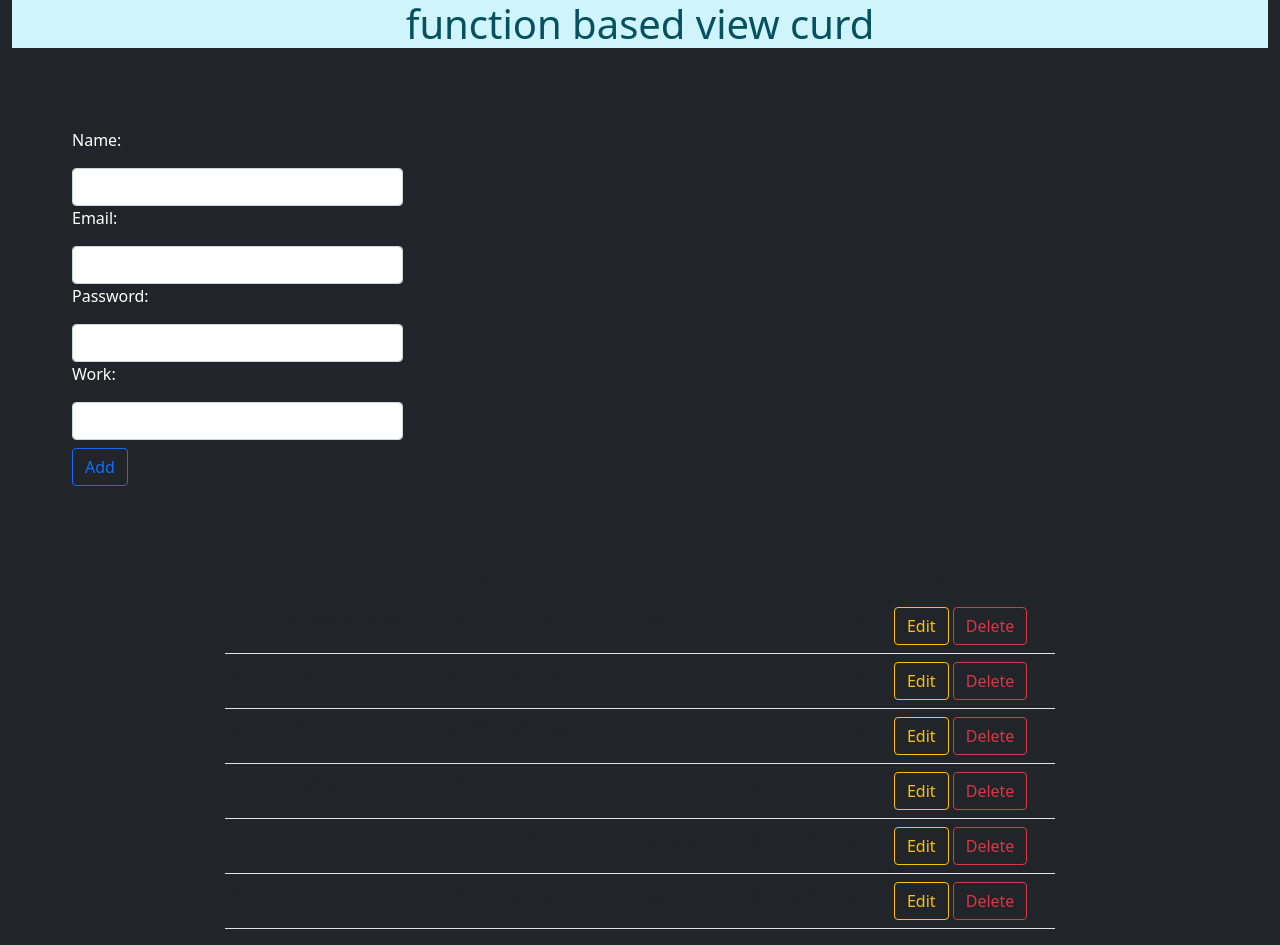
Repository: subhaDTECH/curd-function-based
Page: http://localhost/addshow/
The author's editor kept a copy of each file at every save. The page is drawn from the files as they stood at one save, then again after the next save.
The browser window is 1280 px wide. The pictures show the whole page.
The page is served by the project's application, run on Django 3.2 (manage.py). Other server files are loaded and not shown. The page reads the database file committed with the project.

Above is the page before, as saved 2022-01-17 17:33:02.

### student/templates/student/addshow.html
<!DOCTYPE html>
<html lang="en">
<head>
    <meta charset="UTF-8">
    <meta http-equiv="X-UA-Compatible" content="IE=edge">
    <meta name="viewport" content="width=device-width, initial-scale=1.0">
    <title>Document</title>
    <link href="https://cdn.jsdelivr.net/npm/bootstrap@5.0.0/dist/css/bootstrap.min.css" rel="stylesheet" integrity="sha384-wEmeIV1mKuiNpC+IOBjI7aAzPcEZeedi5yW5f2yOq55WWLwNGmvvx4Um1vskeMj0" crossorigin="anonymous">
</head>
<body>
   <div class="container-fluid bg-dark text-white">
      <h1 class=" text-center atert alert-info">function based view curd </h1>
      <div class="row">
            <div class="col-md-4 m-4 ml-4 p-5">
                       <form method="POST" novalidate >
            {% csrf_token %}
               {% if form %}
                {% for fm in form %}
                  <p>{{fm.label_tag}}</p>
                  {{fm}}
                 {{fm.error}}



                {% endfor %}
                <button class="btn btn-outline-primary mt-2">Add</button>



                  {% else %}
                  not data
               {% endif %}
            </form>

            </div>
            <div class="col-md-8 mx-auto text-white">
                <table class="table  table-hover">
  <thead>
    <tr>
      <th scope="col">Id</th>
      <th scope="col">Name</th>
      <th scope="col">Email</th>
      <th scope="col">Password</th>
      <th scope="col">work</th>
      <th scope="col">Action</th>
    </tr>
  </thead>
   <tbody>
  {% for dt in data %}


    <tr>
      <th scope="row">{{dt.id}}</th>
      <td>{{dt.name}}</td>
      <td>{{dt.email}}</td>
      <td>{{dt.password}}</td>
       <td>{{dt.work}}</td>
       <td>
         <a href="{% url 'updatedata' dt.id %}" class="btn btn-outline-warning">Edit</a>
         <form action="{% url 'deletedata' dt.id %}" method="POST" class="d-inline">
         {% csrf_token %}
         <button type="submit"  class="btn btn-outline-danger">Delete</button>
         </form>

       </td>
    </tr>



  {% endfor %}
   </tbody>

</table>

            </div>




      </div>
    </div>
    <script src="https://cdn.jsdelivr.net/npm/@popperjs/core@2.9.2/dist/umd/popper.min.js" integrity="sha384-IQsoLXl5PILFhosVNubq5LC7Qb9DXgDA9i+tQ8Zj3iwWAwPtgFTxbJ8NT4GN1R8p" crossorigin="anonymous"></script>
<script src="https://cdn.jsdelivr.net/npm/bootstrap@5.0.0/dist/js/bootstrap.min.js" integrity="sha384-lpyLfhYuitXl2zRZ5Bn2fqnhNAKOAaM/0Kr9laMspuaMiZfGmfwRNFh8HlMy49eQ" crossorigin="anonymous"></script>
</body>
</html>

### student/forms.py
from django import forms
from .models import User

class StudentForm(forms.ModelForm):
    class Meta:
        model=User
        fields=['id','name','email','password','work']
        labels={'name':"Name",'email':"Email",'password':"Password",'work':"Work"}
        widgets={
            'name':forms.TextInput(attrs={'class':'form-control'}),
            'email':forms.EmailInput(attrs={'class':'form-control'}),
            'password':forms.PasswordInput(render_value=True,attrs={'class':'form-control'}),
             'work':forms.TextInput(attrs={'class':'form-control'}),
        }

### student/models.py
from django.db import models

# Create your models here.
class User(models.Model):
    name=models.CharField(max_length=70)
    email=models.EmailField(max_length=70)
    password=models.CharField(max_length=70)
    work=models.CharField(max_length=70)

### student/views.py
from contextlib import redirect_stderr
from django.shortcuts import render,redirect
from django.http import HttpResponseRedirect
from .forms import StudentForm
from .models import User
from django.contrib import messages

# Create your views here.
def add_show(request):
    if request.method=="POST":
        fm=StudentForm(request.POST)
        if fm.is_valid():
            unm=fm.cleaned_data['name']
            uem=fm.cleaned_data['email']
            unpass=fm.cleaned_data['password']
            uwork=fm.cleaned_data['work']
            user=User(name=unm,email=uem,password=unpass,work=uwork)
            messages.success(request,"Registation successfyl!!!")
            user.save()
            fm=StudentForm()

    else:
        fm=StudentForm()
    Data=User.objects.all()
    return render(request,"student/addshow.html",{"form":fm,"data":Data})



def update_user(request,id):
    if request.method=="POST":
        pi=User.objects.get(pk=id)
        fm=StudentForm(request.POST,instance=pi)
        if fm.is_valid():
            fm.save()
            messages.success(request,"Update data")
            return redirect('/addshow')

    else:
        pi=User.objects.get(pk=id)
        fm=StudentForm(instance=pi)
    return render(request,'student/update.html',{"form":fm})

def delete_user(requset,id):
    if requset.method=="POST":
        pi=User.objects.get(pk=id)
        pi.delete()
        messages.success(requset,"data deleted successfully!")
        return HttpResponseRedirect('/addshow/')

### gs3/urls.py
"""gs3 URL Configuration

The `urlpatterns` list routes URLs to views. For more information please see:
    https://docs.djangoproject.com/en/3.1/topics/http/urls/
Examples:
Function views
    1. Add an import:  from my_app import views
    2. Add a URL to urlpatterns:  path('', views.home, name='home')
Class-based views
    1. Add an import:  from other_app.views import Home
    2. Add a URL to urlpatterns:  path('', Home.as_view(), name='home')
Including another URLconf
    1. Import the include() function: from django.urls import include, path
    2. Add a URL to urlpatterns:  path('blog/', include('blog.urls'))
"""
from django.contrib import admin
from django.urls import path
from student import views

urlpatterns = [
    path('admin/', admin.site.urls),
    path('addshow/',views.add_show,name="addshow"),
    path('update/<int:id>/',views.update_user,name="updatedata"),
     path('delete/<int:id>/',views.delete_user,name="deletedata"),
]

### db.sqlite3 (the tables this page reads, as SQL)
CREATE TABLE "student_user" ("id" integer NOT NULL PRIMARY KEY AUTOINCREMENT, "name" varchar(70) NOT NULL, "email" varchar(70) NOT NULL, "password" varchar(70) NOT NULL, "work" varchar(70) NOT NULL);
INSERT INTO "student_user" VALUES
(7, 'Rohit sharma1111', 'Rohit@gmail.com', 'rrrrrrr', 'web developer'),
(10, 'suva', 'suva@gmail.com', 'ssssss', 'web developer'),
(11, 'suva', 'suva@gmail.com', 'ssssss', 'web developer'),
(12, 'banamali', 'banamali@gmail.com', 'dfdfd', 'web developer'),
(13, 'ram', 'ram@gmail.com', 'rtggfsd', 'web developer'),
(14, 'raju', 'raju@gmail.com', 'raju12345', 'web developer');

After the next save:
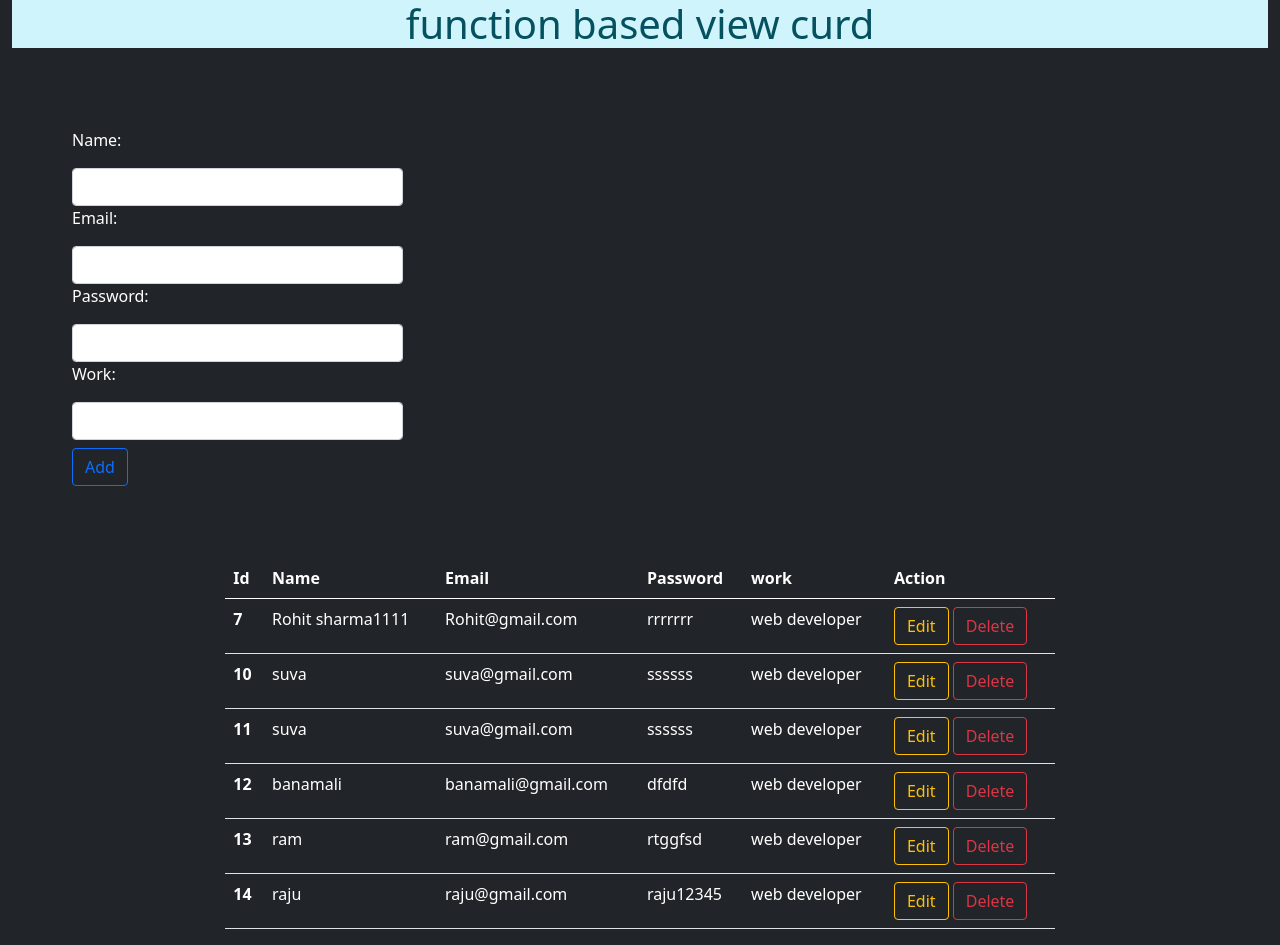
Saved 19 s later.
--- a/student/templates/student/addshow.html
+++ b/student/templates/student/addshow.html
@@ -34,7 +34,7 @@
 
             </div>
             <div class="col-md-8 mx-auto text-white">
-                <table class="table  table-hover">
+                <table class="table  table-hover text-white">
   <thead>
     <tr>
       <th scope="col">Id</th>
